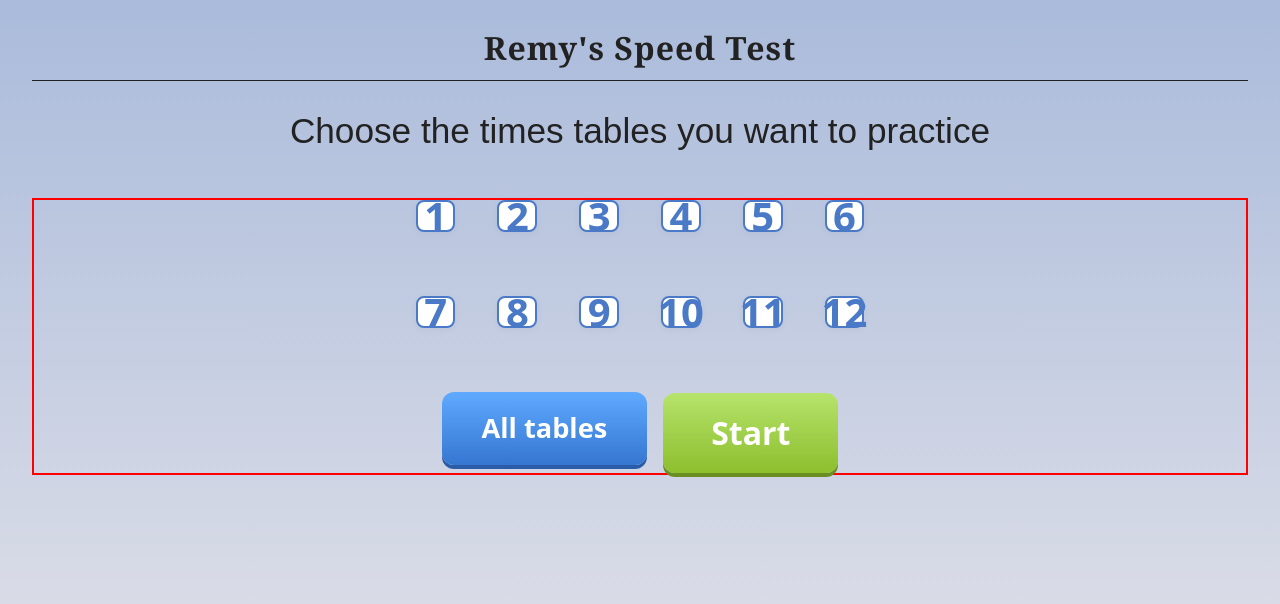
Repository: Chinurum-Omenuko/remys-speed-test
Page: / (app in app/)
The author's editor kept a copy of each file at every save. The page is drawn from the files as they stood at one save, then again after the next save.
The browser window is 1280 px wide. The pictures show the whole page.
The project was rebuilt for these pictures with package versions that can differ from the ones it lists, and the page was loaded fresh each time. The framework's server and built-in components were replaced by stand-ins that run in the browser. Also part of the build but not shown: app/svelte.config.js, app/vite.config.ts.

Above is the page before, as saved 2025-11-17 11:22:31.

### app/src/routes/+page.svelte

<script lang="ts">
	import { goto } from "$app/navigation";
	import { GameStore } from "../stores/gameStore.svelte";

	let store = GameStore;
	let chosenTables = store.getTables()
	const tables = Array.from({ length: 12 }, (_, i) => i + 1);

	function selectTable(table: number) {
		store.addTables(table)
	}

	function allTables(){
		tables.forEach(table => {
			let index = chosenTables.indexOf(table)
			if(!chosenTables.includes(table)){
				selectTable(table)
				return
			}
			chosenTables.splice(index, 1)
		});
	}


	function start() {
		store.generateQuestions(chosenTables)
		goto("/test")
	}



	function lastResults() {
		alert('Show last results');
	}
</script>
<div class="landing-bg">
	<div style="padding: 1.5rem 2rem 0 2rem;">
		<h1 class="title">Remy's Speed Test</h1>
		<div class="dotted"></div>
		<h2 class="subtitle">Choose the times tables you want to practice</h2>
		<div class="content">
			<div class="tables-grid">
				{#each tables as table}
					<button
						type="button"
						class="table-btn {chosenTables.includes(table) ? 'selected' : ''}"
						on:click={() => {

							selectTable(table)
							}}
						aria-pressed={chosenTables[table] === table}
					>
						{table}
					</button>
				{/each}
			</div>
			<div class="actions">
				<div class="left-actions">
					{#if chosenTables.length == 12}
						<button class="blue-btn" on:click={allTables}>Deselect All Tables</button>
					{:else}
						<button class="blue-btn" on:click={allTables}>All tables</button>
					{/if}
				</div>
				<button class="green-btn" on:click={start}>Start</button>
			</div>
		</div>
	</div>
</div>

<style>
	.landing-bg {
		background: linear-gradient(180deg, #aabbdb, #e2e2e9);
		min-height: 100vh;
		max-width: 100vw;
		padding: 0;
		margin: 0;
	}
	.title {
		font-size: 2rem;
		font-weight: 700;
		margin: 0 0 0.5rem 0;
		letter-spacing: 1px;
		color: #222;
		font-family: Georgia, 'Times New Roman', Times, serif;
		text-align: center;
	}
	.dotted {
		border-bottom: 1px solid #222;
		margin-bottom: 1.5rem;
	}
	.subtitle {
		font-size: 2.2rem;
		font-weight: 100;
		margin-bottom: 2.5rem;
		text-align: center;
		color: #222;
		font-family: Arial, Helvetica, sans-serif;
	}

	.content{
		display: flex;
		flex-direction: column;
		border: solid 2px red;
		justify-content: center;
		align-items: center;
		max-width: 100vw;
	}
	.tables-grid {
		display: grid;
		grid-template-columns: repeat(6, 1fr);
		gap: 2rem;
	}
	.table-btn {
		background: #fff;
		border: 2px solid #4a7ac7;
		border-radius: 8px;
		font-size: 2.5rem;
		font-weight: 700;
		color: #4a7ac7;
		width: 80%;
		height: 50%;
		display: flex;
		align-items: center;
		justify-content: center;
		cursor: pointer;
		transition: box-shadow 0.2s, border 0.2s;
		margin: 0 auto;
		box-shadow: 0 2px 8px rgba(0,0,0,0.04);
	}
	.table-btn.selected {
		border: 3px solid #2e5eaa;
		background: #eaf1ff;
		color: #2e5eaa;
	}
	.actions {
		display: flex;
		justify-content: space-between;
		align-items: flex-end;
		max-width: 1200px;
		margin: 2rem auto 0 auto;
	}
	.left-actions {
		display: flex;
		flex-direction: column;
		gap: 1.2rem;
	}
	.blue-btn {
		background: linear-gradient(180deg, #5faaff 0%, #3576d1 100%);
		color: #fff;
		font-size: 1.7rem;
		font-weight: 600;
		border: none;
		border-radius: 12px;
		padding: 1rem 2.5rem;
		box-shadow: 0 4px 0 #2b5ca7;
		cursor: pointer;
		margin-bottom: 0.5rem;
		transition: background 0.2s;
	}
	.blue-btn:active {
		background: #3576d1;
	}
	.green-btn {
		background: linear-gradient(180deg, #b6e36b 0%, #8dbf2e 100%);
		color: #fff;
		font-size: 2rem;
		font-weight: 700;
		border: none;
		border-radius: 12px;
		padding: 1rem 3rem;
		box-shadow: 0 4px 0 #6b8e23;
		cursor: pointer;
		margin-left: 1rem;
		transition: background 0.2s;
	}
	.green-btn:active {
		background: #8dbf2e;
	}

	/* 640px: small tablet */
	/* @media (min-width: 640px) {
		.tables-grid {
			grid-template-columns: repeat(3, 1fr);
			border: red;
		}
		.table-btn {
			width: 100px;
			height: 80px;
			font-size: 1.5rem;
		}
		.actions {
			flex-direction: column;
			align-items: stretch;
			gap: 2rem;
		}
	}

	/* 768px: tablet portrait */
	/* @media (min-width: 768px) {
		.tables-grid {
			grid-template-columns: repeat(3, 1fr);
			border: red;
		}
		.table-btn {
			width: 100px;
			height: 80px;
			font-size: 1.5rem;
		}
		.actions {
			flex-direction: column;
			align-items: stretch;
			gap: 2rem;
		}
	} */

	/* 1024px: tablet landscape / small laptop */
	/* @media (min-width: 1024px) {
		.tables-grid {
			grid-template-columns: repeat(4, 1fr);
		}
		.table-btn {
			width: 140px;
			height: 110px;
			font-size: 2rem;
		}
		.actions {
			flex-direction: row;
			align-items: center;
			gap: 1rem;
		}
	} */

	/* @media (min-width: 1200px) and (max-height: 700px) {

	} */


	/* 1280px: laptop */
	/* @media (min-width: 1280px) {} */

	/* 1536px: large desktop */
	/* @media (min-width: 1536px) {} */




</style>

### app/src/stores/gameStore.svelte.ts
import { writable } from "svelte/store";
import { createQuestions } from "../utils/gameUtils";

function createGameStore(){
    let allQuestions = $state<any[]>([])
    let selectedTables: number[] = $state([])


    return{
        selectedTables,
        get allQuestions(){
            return allQuestions;
        },
        clearSelectedTables: () => {
            selectedTables = []
        },
        getTables: () => selectedTables,
        addTables: (table: number) => {
            let index = selectedTables.indexOf(table)

            if(!selectedTables.includes(table)){
                selectedTables.push(table)
                return
            }

            selectedTables.splice(index,1)

        },
        generateQuestions: (table: number[]) => {
            let questions = createQuestions(table)

            let flat = Object.values(questions).flat();
            allQuestions = [...allQuestions, ...flat];


        },

        removeQuestions: () => allQuestions = []
    }
}

export const GameStore = createGameStore()

### app/src/utils/gameUtils.ts
function makeQuestionObject(table: number){
    let questionsObjectArray = []
    for (let i = 1; i <= 12; i++){
        let question = {
            id: table + '-' + i,
            table: table,
            multiplier: i,
            question: `${table} x ${i}`,
            answer: table * i
        };
        questionsObjectArray.push(question);
    }
    return questionsObjectArray;
}

export function createQuestions(timeTable: number[]){
    let questions = {};

    timeTable.forEach(table => {
        let objectArray = makeQuestionObject(table)
        questions[table] = objectArray
    });
    return questions
}

Loaded but not shown: app/src/app.html (common file); app/src/routes/+layout.svelte (common file); app/src/app.css (common file)

After the next save:
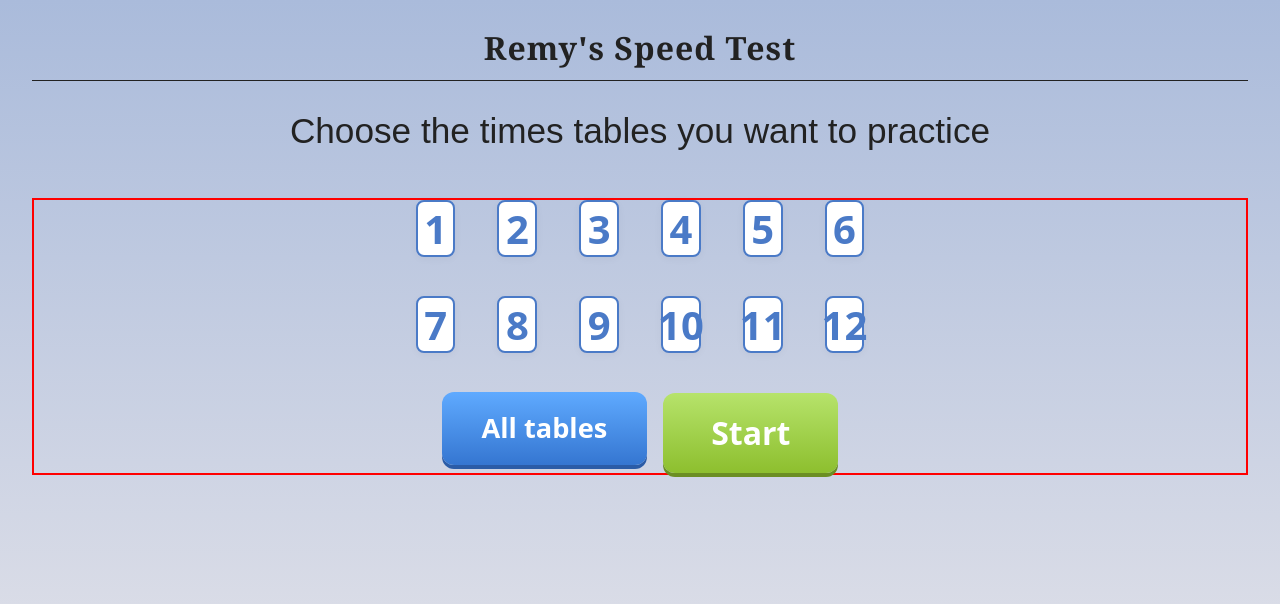
Saved 4 s later.
--- a/app/src/routes/+page.svelte
+++ b/app/src/routes/+page.svelte
@@ -120,7 +120,7 @@
 		font-weight: 700;
 		color: #4a7ac7;
 		width: 80%;
-		height: 50%;
+		height: 90%;
 		display: flex;
 		align-items: center;
 		justify-content: center;
